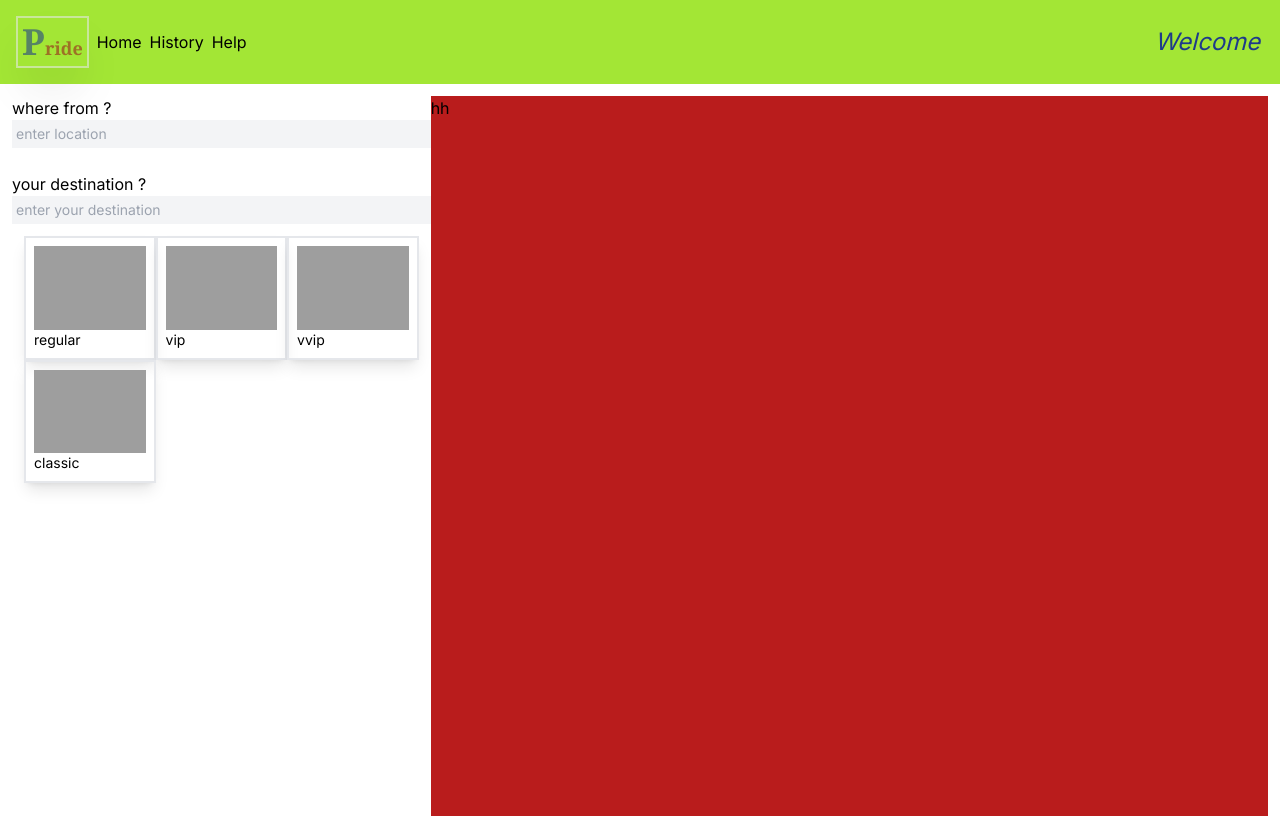
Repository: Semanmernstack/uber-mapbox
Page: /
An editor plug-in stored every save of this project. The page is shown before and after the next save, followed by the edit.
The browser window is 1280 px wide. The pictures show the whole page.
Pictures or frames that could not be fetched are drawn as grey boxes. The page's requests for data from a server got no answer. The project was rebuilt for these pictures with package versions that can differ from the ones it lists, and the page was loaded fresh each time. Some packages were replaced by stand-ins written for this rebuild. The framework's server and built-in components were replaced by stand-ins that run in the browser. No one was signed in, and anything a server would have sent is missing. Also part of the build but not shown: next.config.js.

Above is the page before, as saved 2023-08-18 04:34:07.

### app/layout.tsx
import './globals.css'
import type { Metadata } from 'next'
import { Inter } from 'next/font/google'
import Nav from './components/Nav'
import { ClerkProvider } from '@clerk/nextjs'

const inter = Inter({ subsets: ['latin'] })

export const metadata: Metadata = {
  title: 'Create Next App',
  description: 'Generated by create next app',
}

export default function RootLayout({
  children,
}: {
  children: React.ReactNode
}) {
  return (
    <ClerkProvider>
      <html lang="en">
        <body className={inter.className}> <Nav/>  {children}</body>
      </html>
    </ClerkProvider>
  )
}

### app/page.tsx
import Image from 'next/image'
import Booking from './components/Booking'
import Mapp from './components/Mapp'
import Cars from './components/Cars'

export default function Home() {
  return (
    <main className="p-3 gap  ">
      <div className="grid grid-cols-1 md:grid-cols-3   ">
        <div className=" h-[80%]">
          <Booking/>
          <Cars/>

        </div>
        <div className=" bg-red-700 col-span-2 h-screen">
          <Mapp/>
        </div>
      </div>
    </main>
  )
}

### app/components/Nav.tsx
import { UserButton, currentUser } from '@clerk/nextjs'
import React from 'react'

async function Nav() {
    const user = await currentUser()
  return (
    <div className="flex items-center justify-between p-4 bg-lime-400">
        <div className="flex items-center gap-2">

            <h1 className="font-extrabold shadow-2xl border-gray-200 border-2 p-1 font-serif text-2xl md:text-3xl lg:text-4xl animate-pulse text-blue-900">P<span className="text-lg animate-none font-bold text-red-800">ride</span></h1>
            <h2>Home</h2>
            <h2>History</h2>
            <h2>Help</h2>

        </div>
        <div className="flex gap-1 items-center">
            <h1 className="text-2xl text-blue-900 italic">Welcome</h1>
            <h1 className='hidden md:inline-flex'>{user?.firstName}</h1>
            <UserButton/>
        </div>
    </div>
  )
}

export default Nav

### app/components/Booking.tsx
import React from 'react'
import BookingInput from './BookingInput'

function Booking() {
  return (
    <div className="">
        <BookingInput/>

    </div>
  )
}

export default Booking

### app/components/Mapp.tsx
"use client"


import React from 'react'
import Map from 'react-map-gl';
function Mapp() {
  return (
    <div>
      <h1>hh</h1>



    </div>
  )
}

export default Mapp

### app/components/Cars.tsx
"use client"

import React, { useState } from 'react'
import CarsLi from './CarsLi'
import Image from 'next/image'

function Cars() {
    const [clickk, setClikk] = useState<any>()
    const data = [
        {
          id: 1,

          value: "regular",
          pics: "https://cdn.pixabay.com/photo/2016/04/01/12/16/car-1300629_1280.png",
        },

        {
          id: 2,

          value: "vip",
          pics: "https://cdn.pixabay.com/photo/2017/03/27/14/56/auto-2179220_640.jpg",
        },

        {
          id: 3,

          value: "vvip",
          pics: "https://cdn.pixabay.com/photo/2014/09/07/22/34/car-race-438467_640.jpg",
        },

        {
          id: 4,
          value: "classic",
          pics: "https://cdn.pixabay.com/photo/2013/07/13/11/44/car-158548_640.png",
        },
      ]

  return (
    <div className="grid grid-cols-2 md:grid-cols-3 p-3">
        {data?.map((d, index) => (
            <div key={index}
            className={`shadow-lg gap-3 p-2  border-2 ${index===clickk?`hover:border-blue`:null}`}
            onClick={() => setClikk(index)}
            >
                <Image
                    src={d.pics}
                    alt="pic"
                    height={150}
                    width={150}
                    className="object-contain "
                />
                <h2 className='text-sm'>{d.value}</h2>





            </div>


        ))}

    </div>
  )
}

export default Cars

### app/components/BookingInput.tsx
"use client"

import React, { useEffect, useState } from 'react'

function BookingInput() {
    const [where, setWhere] = useState<any>()
    const [to, setTo] = useState<any>()
    const [lists, setLists] = useState<any>([])

    useEffect(() => {
        getAdress()

    }, [where, to])

    const getAdress = async () => {
        setLists([])
        const res = await fetch('api/search-map?q='+where, {
            headers:{
                "Content-Type": "application/json",
            }

        })
        const re = await res.json()
        setLists(re)

    }
  return (
    <div className="flex flex-col gap-6 relative">
        <div>
            <label> where from ?</label>
            <input type="text" placeholder='enter location'
                value={where}
                onChange={(e) => setWhere(e.target.value)}
                className="border-1 w-full text-sm outline-none bg-gray-100 focus:border-gray-700 p-1"
            />
            {lists?.suggestions?
                <div >
                    {lists?.suggestions.map((item:any, index:number) => (
                        <h2 className='text-sm cursor-pointer gap-1 shadow-2xl' onClick={() =>{ setWhere(item.full_address), setLists([])}}
                         >{item.full_address}</h2>
                    ))}
                </div> : null

            }


        </div>

        <div>
            <label> your destination ?</label>

            <input type="text" placeholder='enter your destination'
                value={to}
                onChange={(e) => setTo(e.target.value)}
                className="border-1 w-full text-sm outline-none bg-gray-100 focus:border-gray-700 p-1"
            />
            {lists?.suggestions?
                <div >
                    {lists?.suggestions.map((item:any, index:number) => (
                        <h2 className='text-sm cursor-pointer shadow-2xl' onClick={() =>{ setTo(item.full_address), setLists([])}}
                         >{item.full_address}</h2>
                    ))}
                </div> : null

            }

        </div>
    </div>
  )
}

export default BookingInput

Loaded but not shown: app/globals.css (common file); tailwind.config.ts (common file)

After the next save:
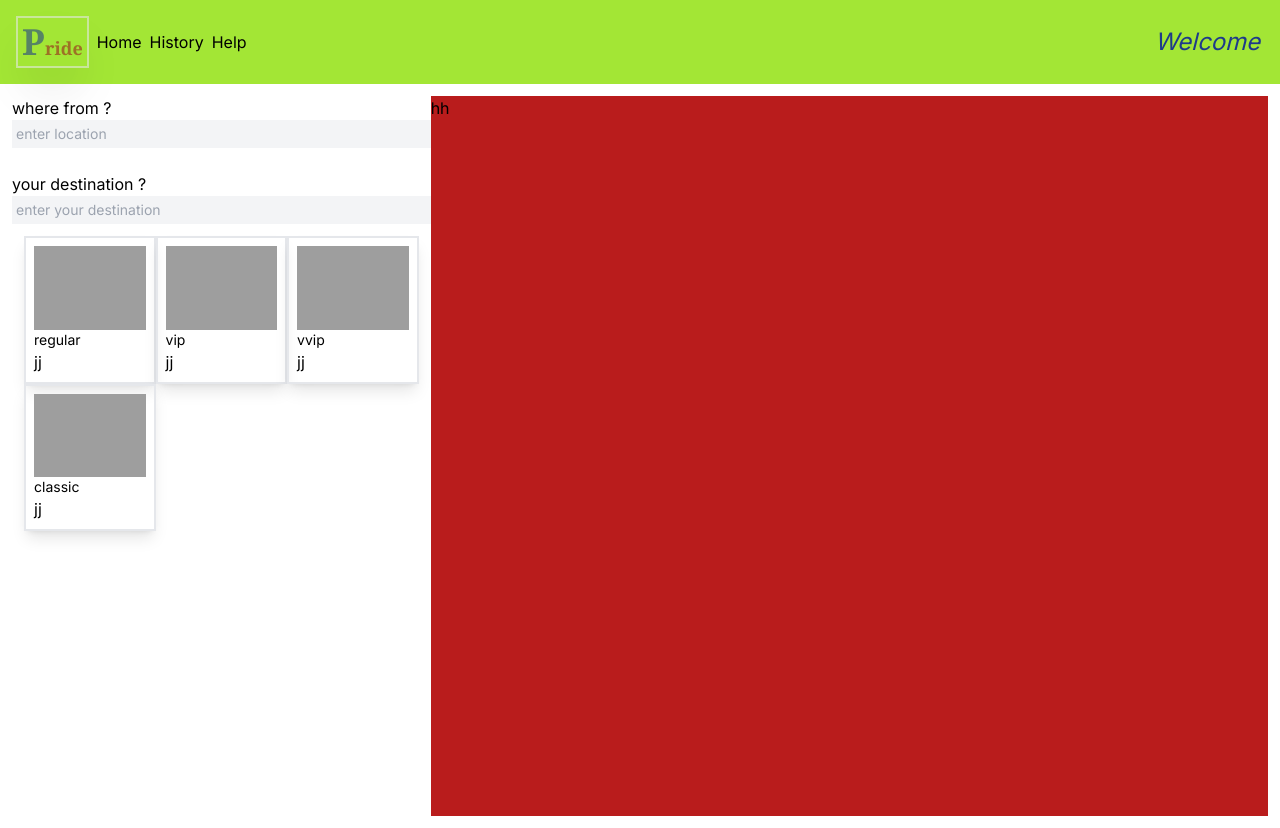
Saved 24 s later.
--- a/app/components/Cars.tsx
+++ b/app/components/Cars.tsx
@@ -50,6 +50,7 @@
                     className="object-contain "
                 />
                 <h2 className='text-sm'>{d.value}</h2>
+                <h2>jj</h2>
 
 
 

After the save that followed:
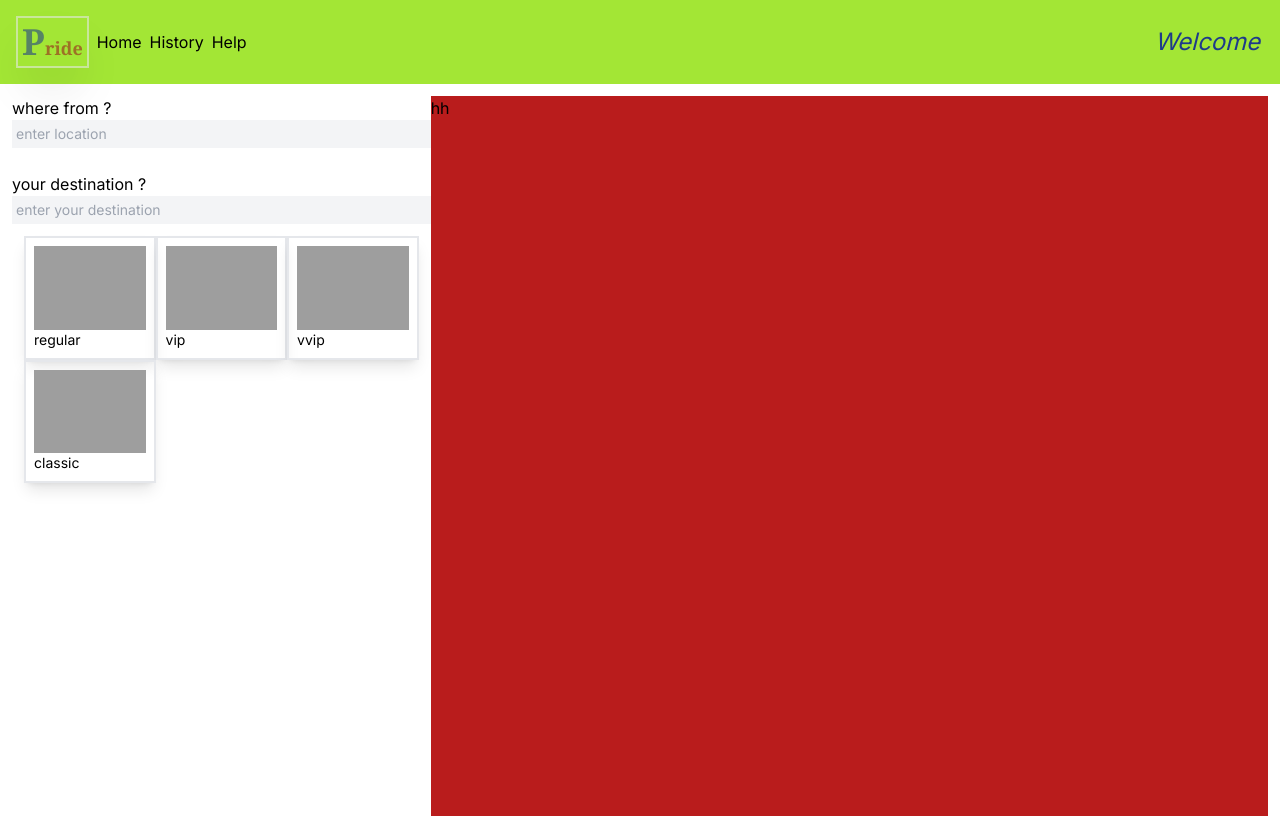
Saved 52 s later.
--- a/app/components/Cars.tsx
+++ b/app/components/Cars.tsx
@@ -39,7 +39,7 @@
     <div className="grid grid-cols-2 md:grid-cols-3 p-3">
         {data?.map((d, index) => (
             <div key={index}
-            className={`shadow-lg gap-3 p-2  border-2 ${index===clickk?`hover:border-blue`:null}`}
+            className={`shadow-lg gap-3 p-2 items-center justify-center  border-2 ${index===clickk?`hover:border-blue`:null}`}
             onClick={() => setClikk(index)}
             >
                 <Image
@@ -50,7 +50,7 @@
                     className="object-contain "
                 />
                 <h2 className='text-sm'>{d.value}</h2>
-                <h2>jj</h2>
+
 
 
 
